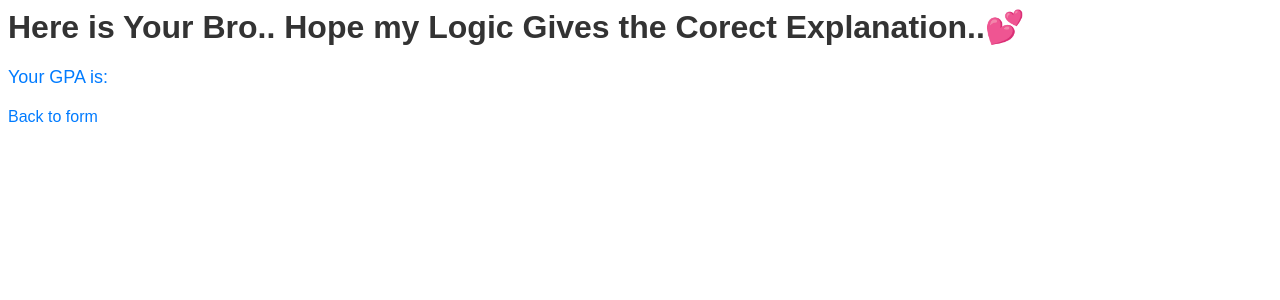
Repository: meghanathG/cgpa-calculator
Page: http://localhost/CGPACalculator/result.jsp
These files come from the project's save history. The page is drawn as it stood at one moment and after the next save; the edit follows.
The browser window is 1280 px wide. The pictures show the whole page.
The page is served by Tomcat 9. The template is opened directly, without the code that normally fills it, so the values that code supplies are empty.

Above is the page before, as saved 2024-06-09 05:15:50.

After the next save:
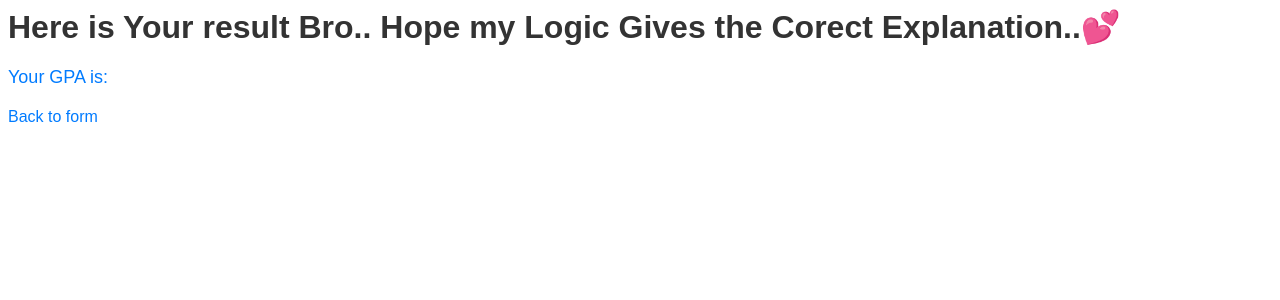
Saved 5 s later.
--- a/CGPACalculator/src/main/webapp/result.jsp
+++ b/CGPACalculator/src/main/webapp/result.jsp
@@ -24,7 +24,7 @@
     </style>
 </head>
 <body>
-    <h1>Here is Your Bro.. Hope my Logic Gives the Corect Explanation..💕</h1>
+    <h1>Here is Your result Bro.. Hope my Logic Gives the Corect Explanation..💕</h1>
     <p>Your GPA is: ${gpa}</p>
     <a href="${pageContext.request.contextPath}/subjects">Back to form</a>
 </body>
